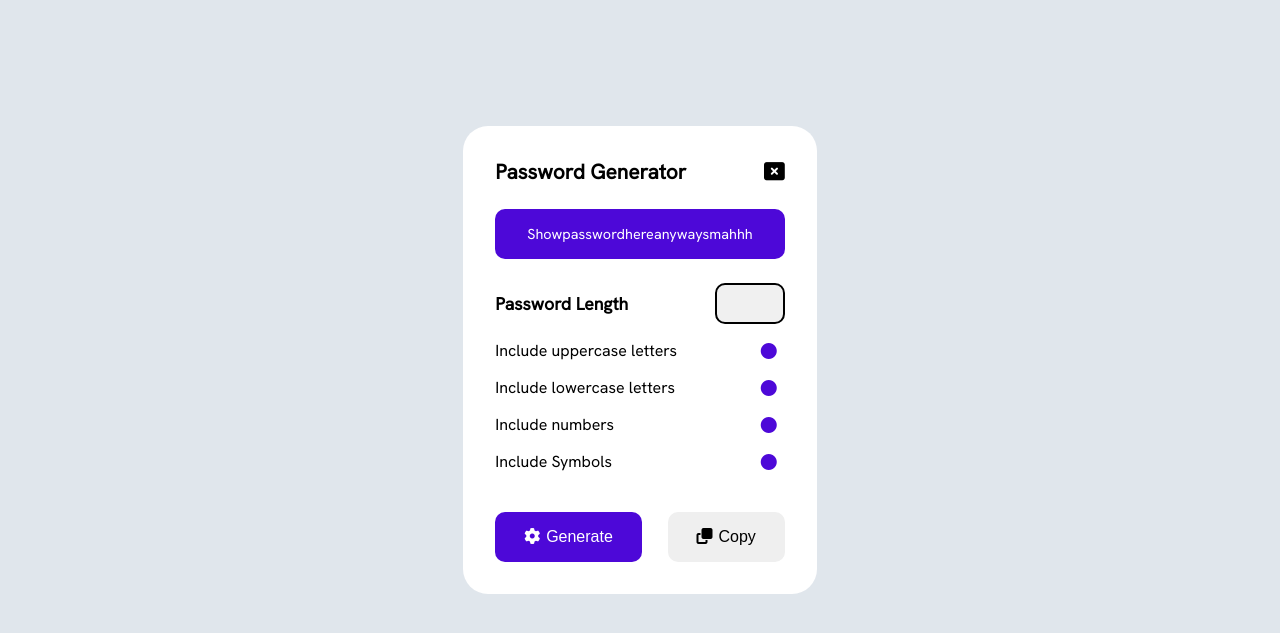
Repository: emiliaiwu/password_generator
Page: index.html
An editor plug-in stored every save of this project. The page is shown before and after the next save, followed by the edit.
The browser window is 1280 px wide. The pictures show the whole page.
Some web libraries are served in a nearby version.

Above is the page before, as saved 2022-12-14 05:02:08.

After the next save:
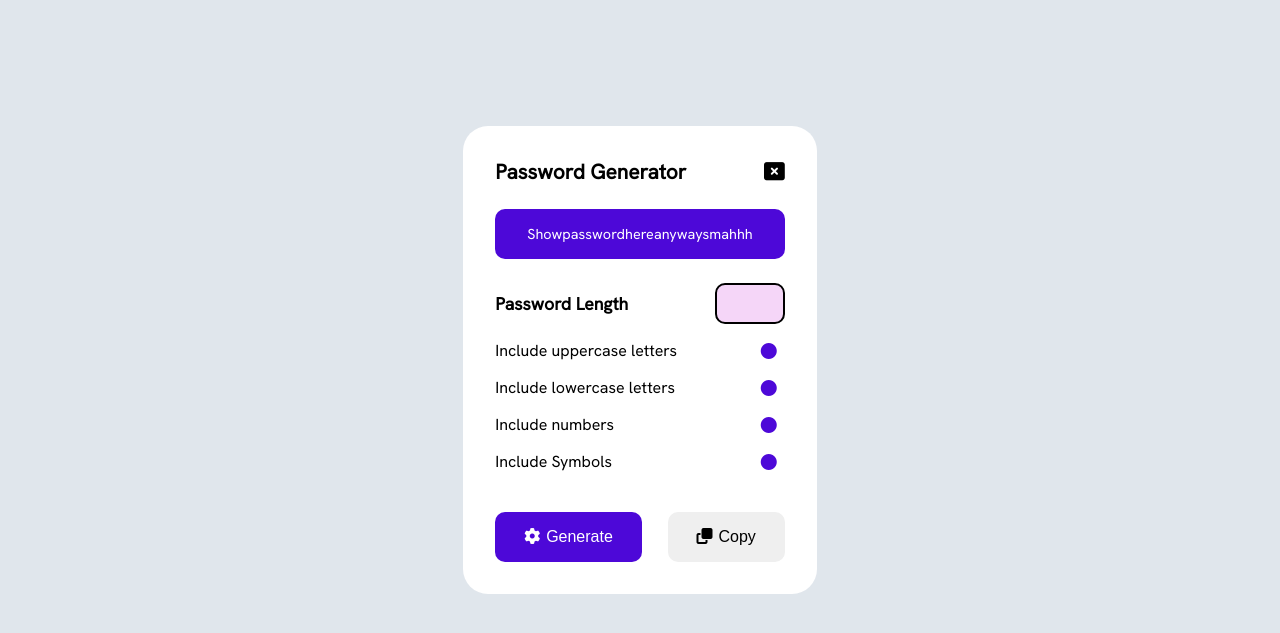
Saved 27 s later.
--- a/style.css
+++ b/style.css
@@ -84,7 +84,7 @@ label,
     font-size: 1.1rem;
     border: 2px solid #000;
     border-radius: 10px;
-    background-color: #f0f0f0;
+    background-color: #f5d6f8;
 }
 
 .password_length input[type="text"]:focus {
